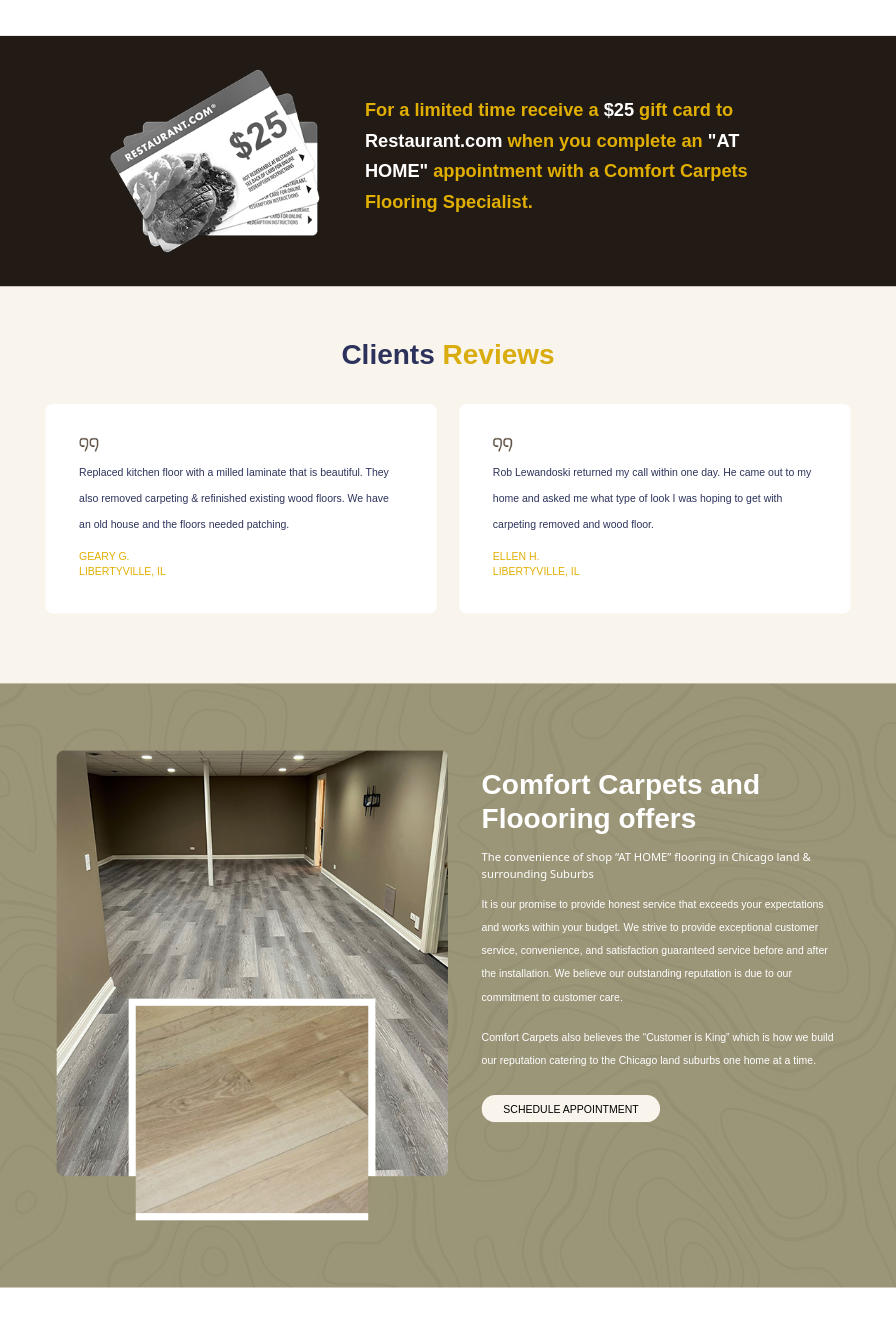
Repository: Ab-dur-Rehman/sscaseFolders
Page: index.html
An editor plug-in stored every save of this project. The page is shown before and after the next save, followed by the edit.
The browser window is 1280 px wide. The pictures show the part of the page from y = 3085 to 5005 px (the page is 5005 px tall), at 70% of full size.
Some web fonts or font styles are not loaded; a fallback is used.

Above is the page before, as saved 2022-12-26 13:44:18.

After the next save:
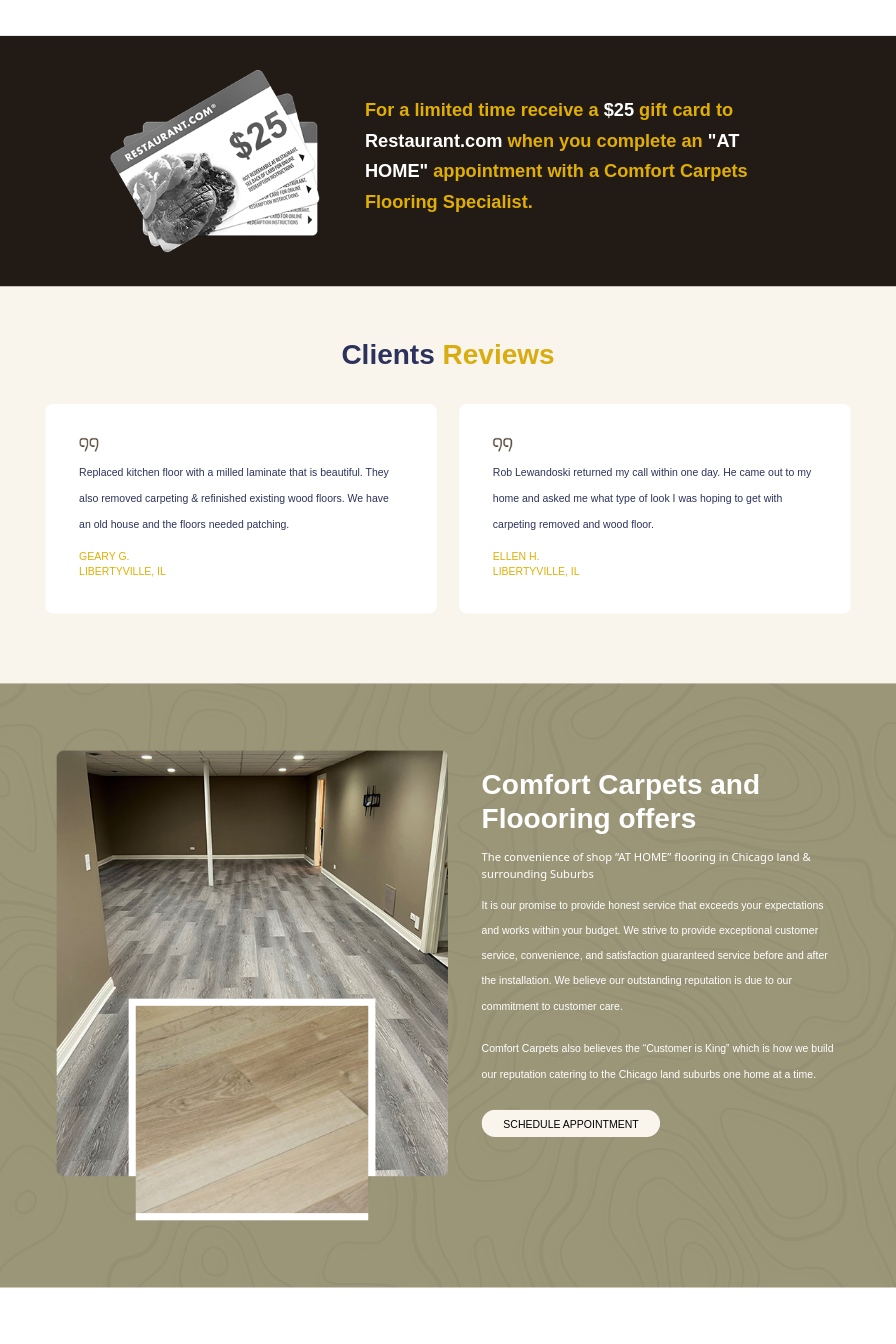
Saved 13 s later.
--- a/assets/css/style.css
+++ b/assets/css/style.css
@@ -200,7 +200,7 @@
     margin-bottom: 15px;
 }
 .content-wrapper-6 .p-text p {
-    line-height: 2.2;
+    line-height: 2.4;
     margin-bottom: 25px;
 }
 
